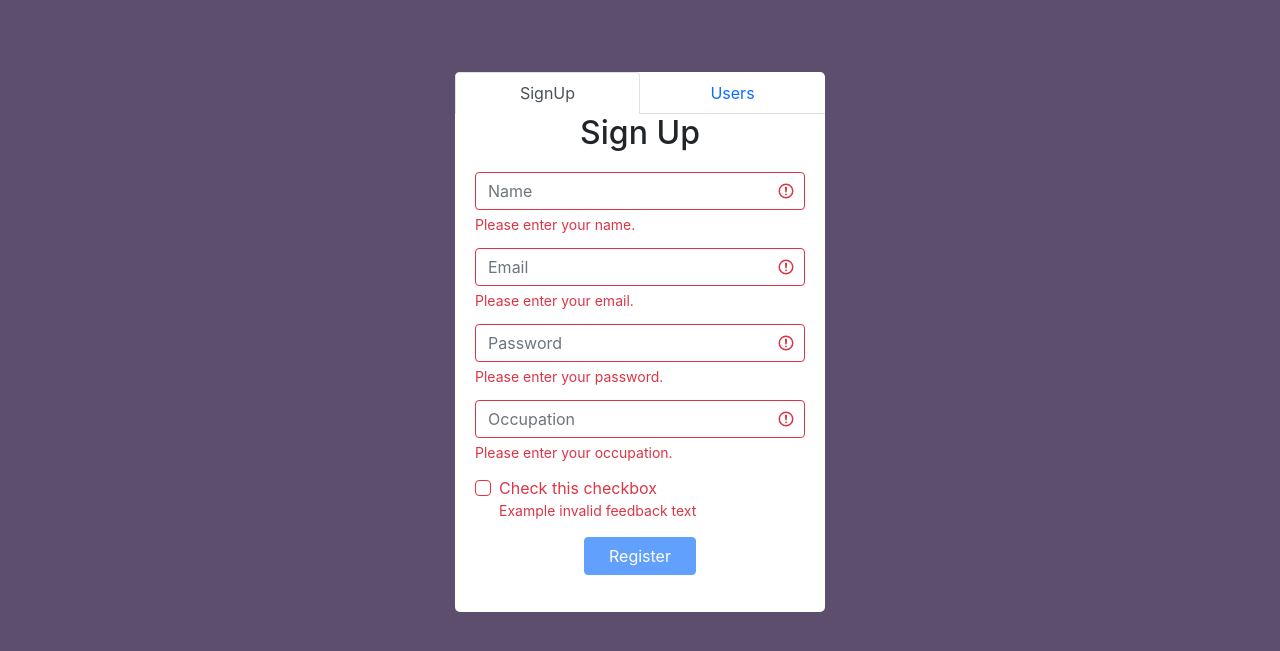
Repository: asadalibest1/SignUp-from
Page: /
The author's editor kept a copy of each file at every save. The page is drawn from the files as they stood at one save, then again after the next save.
The browser window is 1280 px wide. The pictures show the whole page.
The project was rebuilt for these pictures with package versions that can differ from the ones it lists, and the page was loaded fresh each time.

Above is the page before, as saved 2021-02-07 23:14:34.

After the next save:
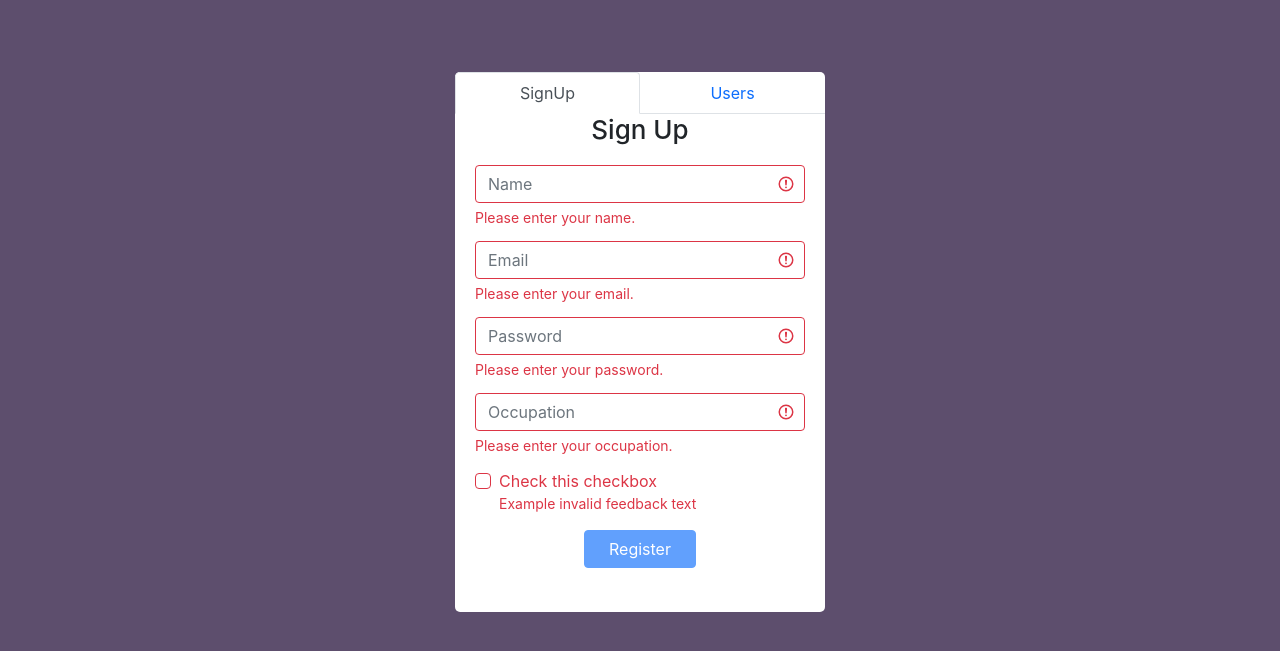
Saved 119 s later.
--- a/src/components/SignUp/SignUp.css
+++ b/src/components/SignUp/SignUp.css
@@ -1,7 +1,9 @@
 .SignUp form{
     margin: 20px;
 }
-
+.SignUp h2 {
+    font-size: 26px;
+}
 .SignUp form > div{
     /* border: 1px solid black; */
     height: 60px;

After the save that followed:
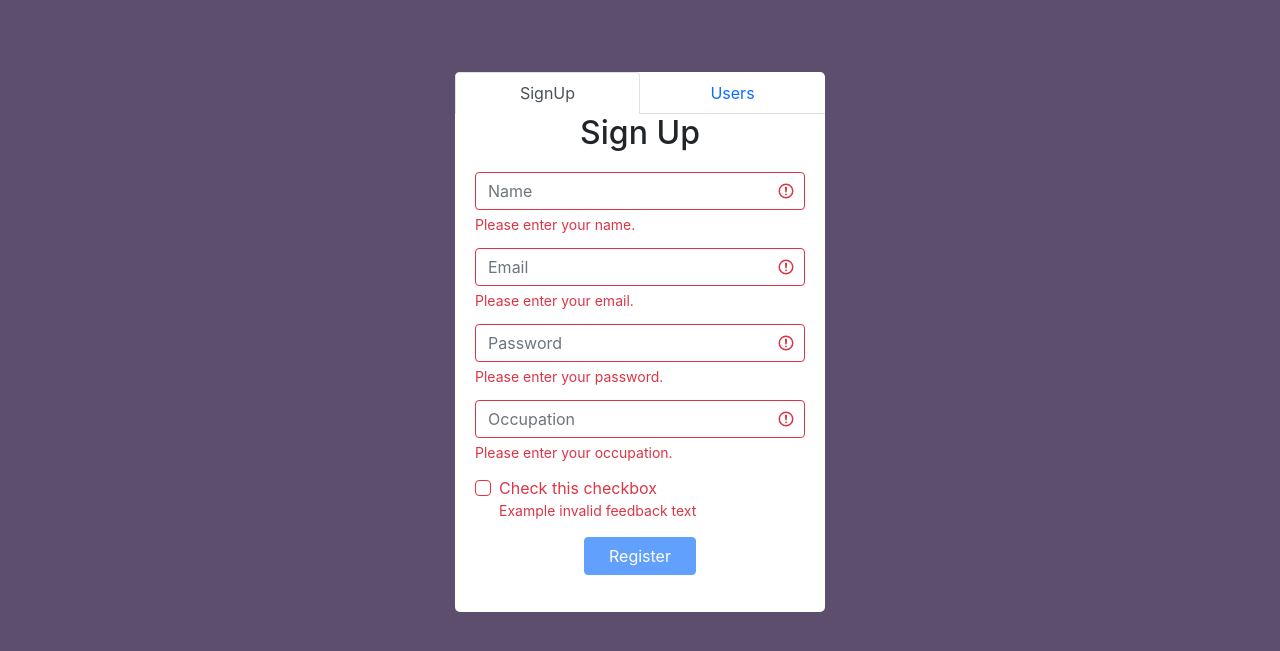
Saved 6 s later.
--- a/src/components/SignUp/SignUp.css
+++ b/src/components/SignUp/SignUp.css
@@ -2,7 +2,7 @@
     margin: 20px;
 }
 .SignUp h2 {
-    font-size: 26px;
+    font-size: 32px;
 }
 .SignUp form > div{
     /* border: 1px solid black; */
